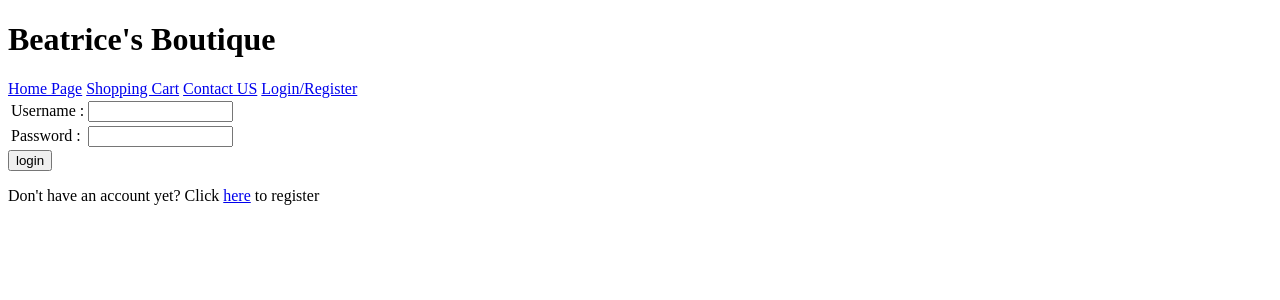
Repository: IosifDobos/Beatrice-Boutique
Page: BeatriceBoutique/Java/WorkSpace/BeatriceBoutique/WebContent/login.html
The author's editor kept a copy of each file at every save. The page is drawn from the files as they stood at one save, then again after the next save.
The browser window is 1280 px wide. The pictures show the whole page.

Above is the page before, as saved 2018-11-29 17:22:57.

After the next save:
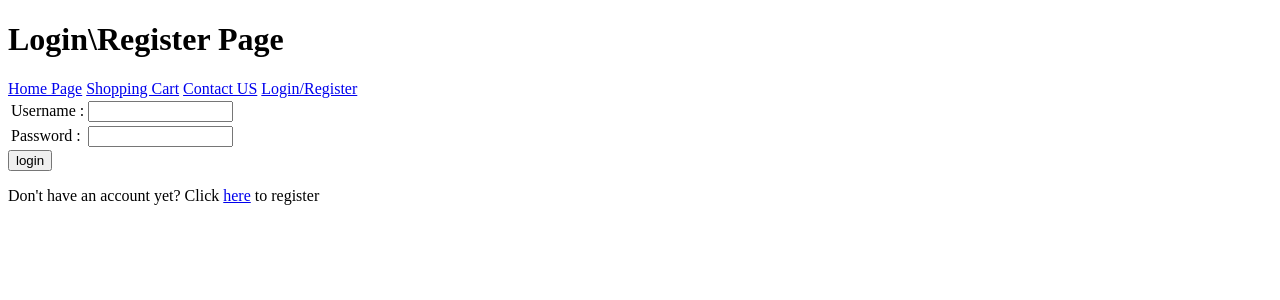
Saved 11 s later.
--- a/BeatriceBoutique/Java/WorkSpace/BeatriceBoutique/WebContent/login.html
+++ b/BeatriceBoutique/Java/WorkSpace/BeatriceBoutique/WebContent/login.html
@@ -9,7 +9,7 @@
 
 <body>
 
-	<h1>Beatrice's Boutique</h1>
+	<h1>Login\Register Page</h1>
 
 	<a href="homePage.html">Home Page</a>
 	<a href="viewShoppingCart.html">Shopping Cart</a>
